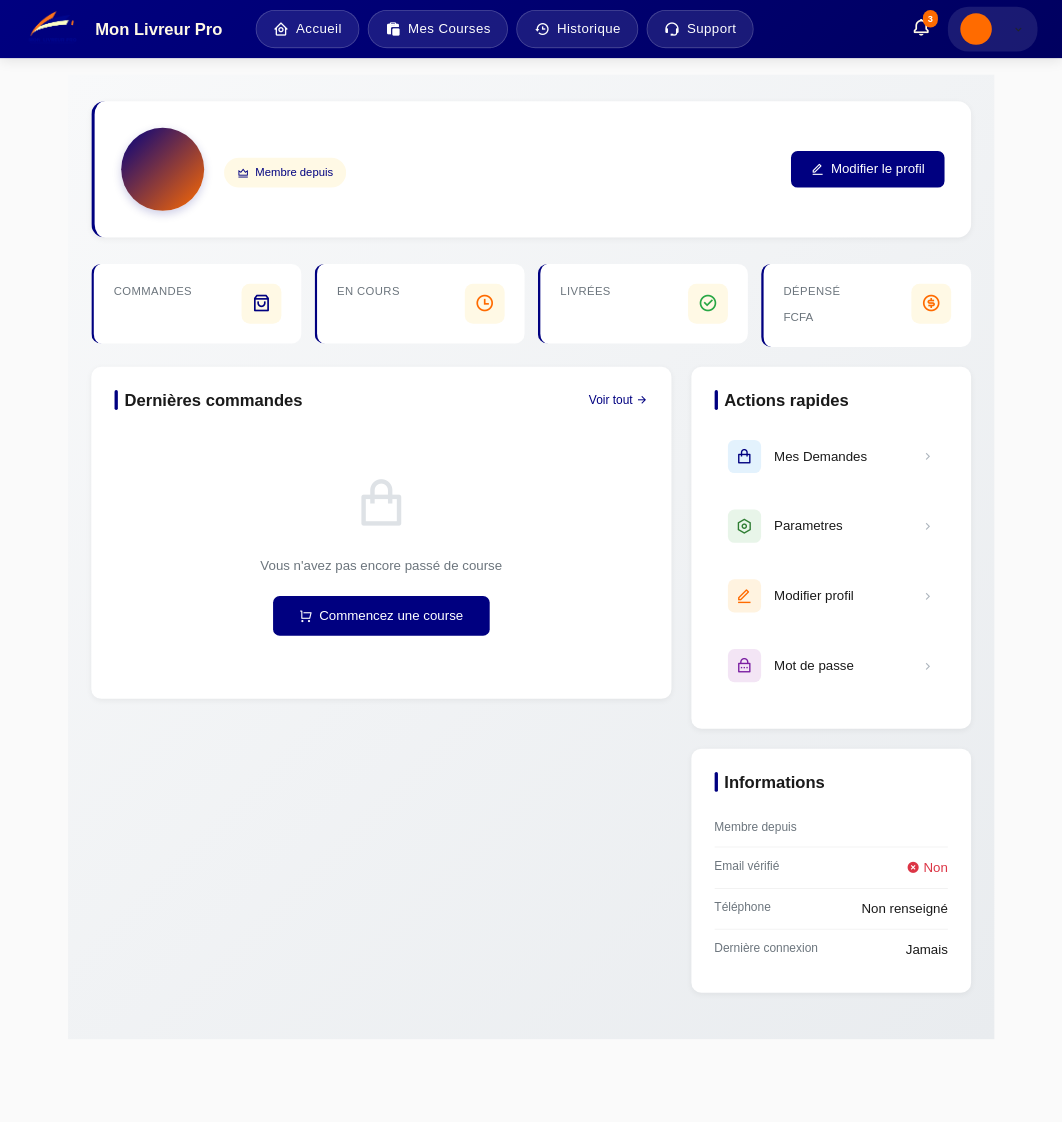
Repository: kaboreibrahim/LivreurPro
Page: Client/templates/profile/profile.html
These files come from the project's save history. The page is drawn as it stood at one moment and after the next save; the edit follows.
The browser window is 1280 px wide. The pictures show the whole page, at 83% of full size.
The template is drawn by Django 5.2. The application's start-up code is not run. The template is opened directly, without the code that normally fills it, so the values that code supplies are empty.

Above is the page before, as saved 2025-12-12 09:15:12.

After the next save:
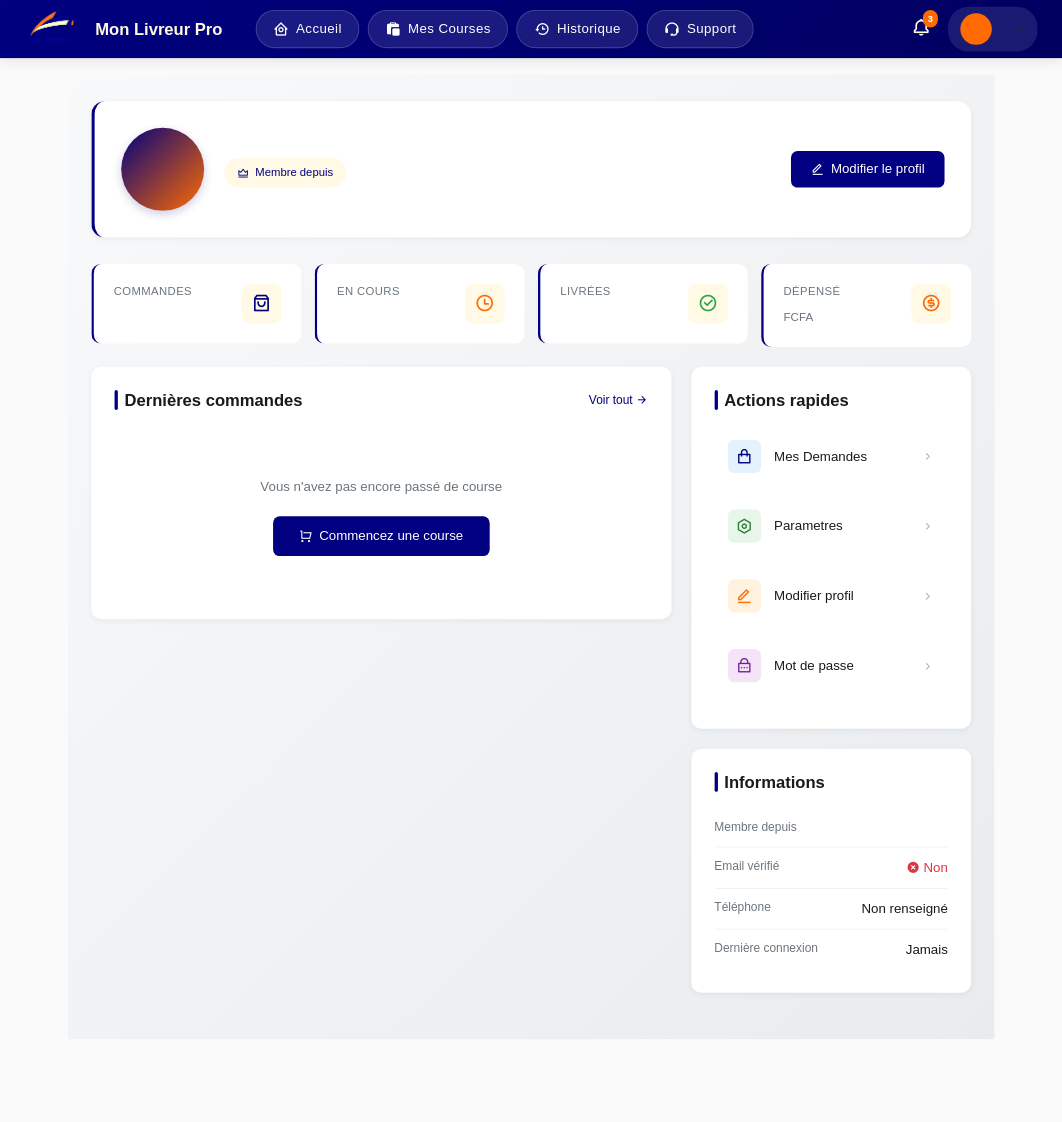
Saved 56 s later.
--- a/Client/templates/profile/profile.html
+++ b/Client/templates/profile/profile.html
@@ -472,7 +472,7 @@
                     {% else %}
                         <div class="empty-state">
                             <div class="empty-icon">
-                                <i class="ri-shopping-bag-line"></i>
+                                <i class="ri-motorcycle-line"></i>
                             </div>
                             <p class="empty-text">Vous n'avez pas encore passé de course</p>
                             <a href="" class="btn-primary-custom">
